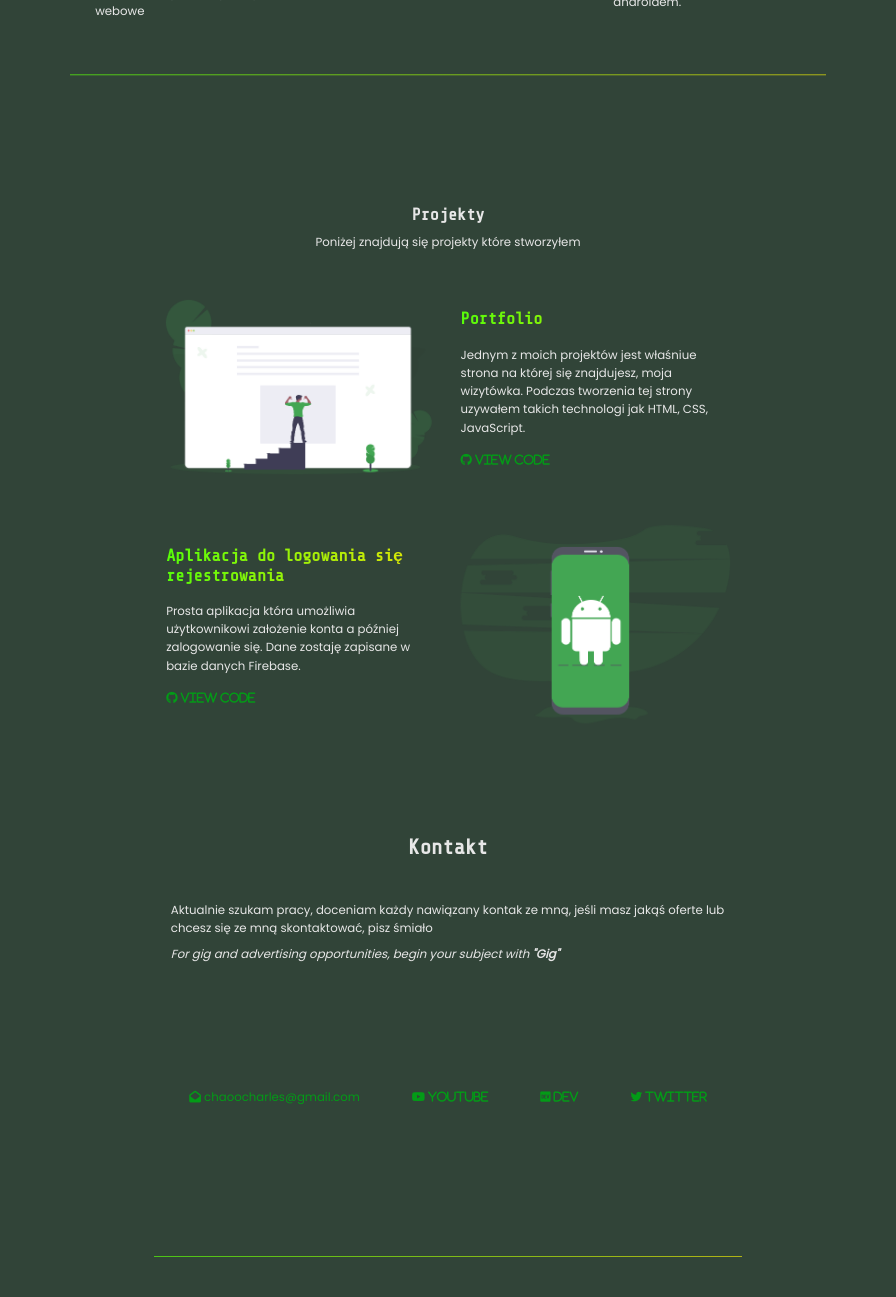
Repository: BartekUroda/portfolio
Page: index.html
An editor plug-in stored every save of this project. The page is shown before and after the next save, followed by the edit.
The browser window is 1280 px wide. The pictures show the part of the page from y = 1908 to 3828 px (the page is 3761 px tall before and 3828 px after), at 70% of full size.
Some web libraries are served in a nearby version.

Above is the page before, as saved 2020-10-27 22:04:45.

### index.html
<!DOCTYPE html>
<html lang="en">
<head>
    <meta charset="UTF-8">
    <meta name="viewport" content="width=device-width, initial-scale=1.0">
    <title>Portfolio | Bartek Uroda</title>
    <link rel="stylesheet" type="text/css" href="css/style.css">
    <link href="https://fonts.googleapis.com/css2?family=Poppins&sfamily=Share+Tech+Mono&display=swap" rel="stylesheet">
    <script src="https://kit.fontawesome.com/056e5c10dc.js" crossorigin="anonymous"></script>
    <link rel="shortcut icon" type="image/x-icon" href="images/favicon.ico" />
</head>
<body>
    <header>
        <div class="container">
            <nav>
                <div class="nav-brand">
                    <a href="index.html">
                        <img src="images/logo.png" alt="Uroda">
                    </a>
                </div>
                <div class="burger-menu-icon">
                    <div class="line1"></div>
                    <div class="line2"></div>
                    <div class="line3"></div>
                </div>
                <ul class="nav-list">
                    <li class="nav-item">
                      <a href="#landing-page">
                        <img
                          src="images/profile.jpeg"
                          alt="Bartek Uroda"
                          class="profile-pic nav-link"
                        >
                        <span class="caption nav-link">Bartek Uroda</span>
                      </a>
                    </li>
                    <li class="nav-item">
                      <a href="#about" class="nav-link">O mnie</a>
                    </li>
                    <li class="nav-item">
                      <a href="#services" class="nav-link">Usługi</a>
                    </li>
                    <li class="nav-item">
                      <a href="#projects" class="nav-link">Projekty</a>
                    </li>
                    <li class="nav-item">
                      <a href="#contact" class="nav-link">Kontakt</a>
                    </li>
                    <li class="nav-item">
                      <a href="https://www.facebook.com/bartlomiej.uroda.3" target="_blank" class="nav-link">
                        <i class="fab fa-facebook"></i>
                      </a>
                      <a href="https://github.com/Urodii" target="_blank" class="nav-link">
                        <i class="fab fa-github"></i>
                      </a>
                      <a href="https://www.youtube.com/channel/UCzT1h5RNvmbtrmKT5hPjyAg?view_as=subscriber" target="_blank" class="nav-link">
                        <i class="fab fa-youtube"></i>
                      </a>
                    </li>
                  </ul>
            </nav>
        </div>
    </header>
    <main>
      <section id="landing-page" class="landing-page">
        <div class="container">
          <div class="main-message">
            <h2>Barłomiej Uroda</h2>
            <h3>Junior Front-End Web Developer</h3>
            <p>Html - CSS - JavaScript - Java</p>
            <div class="intro-btn">
              <div class="cta">
                <a href="#contact" class="btn">Skontaktuj się ze mną!</a>
              </div>
              <div class="cta">
                <a href="#projects" class="btn">Moje Projekty</a>
              </div>
            </div>
            <div>
              <a href="#about" class="scroll-down">
                <i class="fa fa-chevron-down" aria-hidden="true"></i>
              </a>
            </div>
          </div>
        </div>
      </section>
      <section id="about" class="about">
        <div class="container">
          <div class="about-img">
            <img
              src="images/profile.jpeg"
              alt="Bartek Uroda"
              class="about-pic"
            />
          </div>
          <div class="about-text-box">
            <h2>Cześć,</h2>
            <h3>O mnie</h3>
            <p>
              Nazywam się Bartek mam 21 lat, aktulanie studiuje zaocznie informatykę
              na Wyższej Szkole Biznesu w Nowym Sączu, studia te rozpoczołem po roku studiowania
              na Politechnce Krakowskiej na kierunku Fizyki Technicznej, zaliczyłem pierwszy rok na PK
              i wziołem sobie tak zwany Gap Year, studia na Politechnice nie satysfakcjonowały
              mnie więc postanowiłem rozwijać się w kierunku programistycznym. Szybko się uczę a zdobywanie wiedzy sprawia mi przyjemność.
            </p>
            <h3>Umiejętności</h3>
            <p>
              Rozwijam się w takich technologiach jak: HTML, CSS, JavaScript, Java oraz C++,
              tworze reponsywne strony. Znam angielski na
              poziomie C1, uczę się również bezpieczeństwa aplikacji webowych.
              Programowanie to coś z czym chciałbym żeby wiązała się moja przyszłość.
            </p>
            <h3>Zainteresowania</h3>
            <p>
              Sporą część mojego wolnego czasy pochłania sport, lubie jazde na rowerze siłownie oraz klistenike.
              Często spędzam również czas na graniu w gry, głownie jest to Counter-Strike, interesuję się też ITSecurity
              i w wolnym czasie staram się rozwijać w tym kierunku. Lubie podróże a poznawanie nowych
              wartościowych ludzi daje mi sporą motywacje w życiu.
            </p>
          </div>
        </div>
        <hr/>
      </section>
      <section id="services" class="services">
        <div class="container">
          <div class="title-heading">
            <h2>Oferta</h2>
            <p>
              Stworzę dokładnie taką stronę lub aplikacje mobilną jak klient sobie zażyczy.
            </p>
          </div>
          <div class="service-tiers">
            <div class="tier-item">
              <i class="fa fa-code" aria-hidden="true"></i>
              <h2>Web Development</h2>
              <p>
                Modyfikacja istniejących stron internetowych,
                wizytówki internetowe,
                responsywne strony internetowe typu "One Page" oraz "Multi Page",
                blogi internetowe, proste aplikacje webowe
              </p>
            </div>
            <div class="tier-item">
              <i class="fa fa-file-code-o" aria-hidden="true"></i>
              <h2>Responsywne strony</h2>
              <p>
                Strony które tworze są rezponsywne i wyglądają dobrze na każdym urządzeniu,
                niezależlnie jest to komputer, tablet lub telefon.
              </p>
            </div>
            <div class="tier-item">
              <i class="fa fa-mobile" aria-hidden="true"></i>
              <h2>Tworzenie aplikacji na androida</h2>
              <p>
                Potrafię również tworzyć proste aplikacje za pomoca języka Java,
                aplikajce te działają na urządzeniach mobilnych z androidem.
              </p>
            </div>
          </div>
        </div>
        <hr />
      </section>
      <section id="projects" class="projects">
        <div class="title-heading">
          <h2>Projekty</h2>
          <p>Poniżej znajdują się projekty które stworzyłem</p>
        </div>
        <div class="project-item">
          <div class="project-img has-margin-right">
            <img src="images/portfolio.png" />
          </div>
          <div class="project-description">
            <h2>Portfolio</h2>
            <p>
              Jednym z moich projektów jest właśniue strona na której się znajdujesz, moja wizytówka.
              Podczas tworzenia tej strony uzywałem takich technologi jak HTML, CSS, JavaScript.
            </p>
            <a href="https://github.com/Urodii/portfolio" class="project-link" target="_blank"
              ><i class="fa fa-github" aria-hidden="true"> View Code</i></a
            >
          </div>
        </div>
        <div class="project-item">
          <div class="project-description has-margin-right">
            <h2>Aplikacja do logowania się rejestrowania</h2>
            <p>
              Prosta aplikacja która umożliwia użytkownikowi założenie konta a później
              zalogowanie się. Dane zostaję zapisane w bazie danych Firebase.
            </p>
            <a href="https://github.com/Urodii/Login_Register_apk" class="project-link" target="_blank"
              ><i class="fa fa-github" aria-hidden="true"> View Code</i></a
            >
          </div>
          <div class="project-img">
            <img src="images/android.png" />
          </div>
        <!-- </div>
        <div class="project-item">
          <div class="project-img has-margin-right">
            <img src="" />
          </div>
          <div class="project-description">
            <h2>kalkulator</h2>
            <p>
              Prosty kalkulator
            </p>
            <a href="#" class="project-link" target="_blank"
              ><i class="fa fa-github" aria-hidden="true"> View Code</i></a
            >
          </div>
        </div> -->
        <hr />
      </section>
      <section id="contact" class="contact">
        <h2>Kontakt</h2>
        <p>
          Aktualnie szukam pracy, doceniam każdy nawiązany kontak ze mną, jeśli masz
          jakąś oferte lub chcesz się ze mną skontaktować, pisz śmiało
        </p>
        <p>
          <i
            >For gig and advertising opportunities, begin your subject with
            <strong>"Gig"</strong></i
          >
        </p>
        <div class="container">
          <p>
            <a href="mailto:chaoocharles@gmail.com"
              ><i class="fas fa-envelope-open"></i> chaoocharles@gmail.com</a
            >
          </p>
          <p>
            <a href="#" target="_blank"
              ><i class="fab fa-youtube"> YouTube</i></a
            >
          </p>
          <p>
            <a href="#" target="_blank"><i class="fab fa-dev"> Dev</i></a>
          </p>
          <p>
            <a href="#" target="_blank"
              ><i class="fab fa-twitter"> Twitter</i></a
            >
          </p>
        </div>
        <hr />
      </section>
    </main>
 <script type="text/javascript" src="js/main.js"></script>
</body>
</html>

### css/style.css
/* ----------GLOBAL STYLES---------- */
*,
*::before,
*::after {
  margin: 0;
  padding: 0;
  box-sizing: inherit;
}
html {
    font-family: "Share Tech Mono", monospace;
    font-size: 12px;
    box-sizing: border-box;
    scroll-behavior: smooth;
    color: #e7e7e7;
    background: rgb(49, 68, 56);
}

a {
    text-decoration: none;
    color: rgb(3, 155, 23);
}

a:hover {
    color: rgba(249, 105, 14, 1);
}

ul {
    list-style: none;
}

p {
    font-size: 1.4rem;
}

img {
    width: 100%;
    max-width: 100%;
    height: auto;
}
/* ----------HEADER---------- */
header {
    width: 100%;
    height: 5rem;
    position: absolute;
    top: 0;
    left: 0;
    z-index: 1;
}
.contenier {
    width: 100%;
    max-width: 90rem;
    margin: 0 auto;
    padding: 0 1.5rem;
}
.nav-brand {
    width: 8rem;
}
nav {
    width: 100%;
    display: flex;
    align-items: center;
    justify-content: space-between;
    padding: 1rem 0;
    border-bottom: 2px solid rgba(255, 255, 255, .2);
}
.line1 {
    width: 20px;
    height: 3px;
    margin: 5px 0;
    background: linear-gradient(
      135deg,
      rgb(27, 218, 10) 0%,
      rgb(255, 255, 255) 100%
    );
}
.line2 {
    width: 25px;
    height: 3px;
    background: linear-gradient(
      135deg,
      rgb(27, 218, 10) 0%,
      rgb(255, 255, 255) 100%
    );
}
.line3 {
    width: 30px;
    height: 3px;
    margin: 5px 0;
    background: linear-gradient(
      135deg,
      rgb(27, 218, 10) 0%,
      rgb(255, 255, 255) 100%
    );
}
.burger-menu-icon {
    cursor: pointer;
    z-index: 999;
    position: fixed;
    right: 0;
    top: 0;
    background-color: rgba(67, 145, 47, 0.815);
    padding: 1.2rem;
    border-radius: 0% 0% 0% 40%;
}
.profile-pic {
    height: 9rem;
    width: auto;
    border-radius: 50%;
    display: block;
    margin: 1.5rem 0;
}
.caption {
    display: block;
}
.nav-list {
    width: 24rem;
    height: 100vh;
    background-color:  rgb(69, 85, 75);
    position: fixed;
    top: 0;
    right: -26rem;
    display: flex;
    flex-direction: column;
    align-items: center;
    justify-self: start;
    z-index: 998;
    transition: all 650ms ease-in-out;
}
.nav-list.active {
    right: 0;
}
.nav-item {
    margin: 1.2rem 0;
}
.nav-link {
    opacity: 0;
    font-size: 1.3rem;
    text-transform: uppercase;
    color: #cecece;
    letter-spacing: 1.5px;
}
.nav-link:hover {
    color: rgb(62, 248, 15);
}
.toggle {
    background: none;
}
.toggle .line1 {
    transform: rotate(-45deg) translate(-5px, 6px) scalex(2);
}
.toggle .line2 {
    opacity: 0;
}
.toggle .line3 {
    width: 20px;
    transform: rotate(45deg) translate(-5px, -6px) scalex(2);
    margin-left: 0px;
}
@keyframes navLinkAnimate {
    from{
        opacity: 0;
        transform: translate(50px);
    }
    to{
        opacity: 1;
        transform: translate(0px);
    }
}
/* ----------MAIN---------- */
.landing-page{
    width: 100%;
    height: 100vh;
    background: linear-gradient(
        135deg,
        rgba(50, 58, 52, 0.9) 0%,
        rgba(44, 100, 65, 0.8) 100%
    ),
    url('../images/mainpage.png') center no-repeat;
    background-size: contain;
    position: relative;
}
.main-message {
    width: 100%;
    max-width: 58rem;
    text-transform: uppercase;
    position: absolute;
    left: 50%;
    top: 50%;
    transform: translate(-50%, -50%);
    text-align: center;
}
.main-message h2 {
    letter-spacing: 1.2rem;
    font-size: 2rem;
    font-weight: 400;
    overflow: hidden;
    white-space: nowrap;
    animation: typing 5s steps(33), blink 1s ease-in-out 7s infinite;
    width: 33ch;
    margin: auto;
    border-right: 4px solid rgba(255, 255, 255, 1);
}
@keyframes typing {
    75% {
      width: 0ch;
      color: rgb(178, 249, 14);
    }
    100% {
      width: 33ch;
    }
}
@keyframes blink {
    0% {
      border-right: 4px solid rgba(255, 255, 255, 0);
    }
    100% {
      border-right: 4px solid rgb(194, 194, 194);
    }
}
.main-message h3 {
    font-size: 4rem;
    margin: 1rem 0;
    color: rgba(249, 105, 14, 1);
    background: linear-gradient(
      to right,
      rgb(87, 253, 9) 0%,
      rgb(217, 240, 17) 100%
    );
    -webkit-background-clip: text;
    -webkit-text-fill-color: transparent;
}
.main-message p {
    text-transform: none;
    font-size: 1.7rem;
    font-weight: 400;
}
.intro-btn {
    display: flex;
    justify-content: center;
}
.btn {
    margin: 0 9px;
    background: rgba(3, 155, 155);
    border-radius: 2rem;
    color: #fafafa;
    padding: 1rem 2.5rem;
    display: inline-block;
    margin-top: 2rem;
    transition: background-color 650ms;
    font-weight: 500;
    letter-spacing: 2px;
}
.btn:hover {
    color: #fafafa;
    background-color: rgb(176, 189, 0);
}
.scroll-down i {
    color: #fafafa;
    transition: color 650ms;
    margin-top: 2rem;
    font-size: 3.5rem;
}
.scroll-down i:hover {
    color: rgb(176, 189, 0);
}
/* ----------ABOUT--------- */
.about {
    width: 100%;
    min-height: 100vh;
    max-width: 70rem;
    margin: auto;
}
.about .container {
    display: flex;
    align-items: center;
    min-height: 80vh;
  }
.about-img img {
    height: 12rem;
    width: auto;
    border-radius: 50%;
    margin: 2rem;
    box-shadow: 0 20px 30px 0 rgba(4, 236, 4, 0.397);
  }
.about-text-box {
    flex-grow: 1;
    flex-shrink: 1;
    flex-basis: 0;
}
.about-text-box h2 {
    font-size: 3rem;
    margin-bottom: 15px;
}
.about-text-box h3 {
    font-size: 2rem;
    margin-bottom: 10px;
}
.about-text-box p {
    font-family: "Poppins", sans-serif;
    font-size: 1.4rem;
    padding: 0;
    margin-bottom: 1.45rem;
}
hr {
    margin: 4rem 0;
    background: linear-gradient(
      to right,
      rgb(87, 253, 9) 0%,
      rgb(231, 228, 6) 100%
    );
    border: 0;
    height: 1px;
}
/* ----------SERVICE--------- */
.services {
    padding: 3rem 0;
    min-height: 100vh;
    max-width: 90rem;
    margin: auto;
}
.title-heading {
    text-align: center;
    margin-bottom: 5rem;
}
.title-heading h2 {
    font-size: 2rem;
    margin: 0.5rem 0 1rem 0;
}
.title-heading p {
    font-family: "Poppins", sans-serif;
    margin-bottom: 5rem;
}
.service-tiers {
    display: grid;
    grid-template-columns: repeat(auto-fit, minmax(25rem, 1fr));
    gap: 2.5rem;
}
.tier-item {
    height: 30rem;
    padding: 3rem;
    position: relative;
    display: flex;
    flex-direction: column;
    justify-content: center;
    cursor: default;
}
.tier-item i {
    font-size: 3.5rem;
}
.tier-item h2 {
    font-size: 2rem;
    margin: 2rem 0;
    background: linear-gradient(
      to right,
      rgb(87, 253, 9) 0%,
      rgb(231, 228, 6) 100%
    );
    -webkit-background-clip: text;
    -webkit-text-fill-color: transparent;
}
.tier-item p {
    font-family: "Poppins", sans-serif;
    font-size: 1.4rem;
}
/* ----------PROJECTS--------- */
.projects {
    padding: 3rem 0;
    min-height: 100vh;
    max-width: 70rem;
    margin: auto;
}
.has-margin-right {
    margin: 0 3rem 0 0;
}
.project-item {
    display: flex;
    align-items: center;
    justify-content: center;
    margin: 0 1.45rem 5rem 1.45rem;
}
.project-img {
    flex: 1;
}
.project-description {
    flex: 1;
}
.project-description h2 {
    font-size: 2rem;
    margin: 2rem 0;
    background: linear-gradient(
      to right,
      rgb(87, 253, 9) 0%,
      rgb(231, 228, 6) 100%
    );
    -webkit-background-clip: text;
    -webkit-text-fill-color: transparent;
}
.project-description p {
    font-family: "Poppins", sans-serif;
    font-size: 1.4rem;
}
.project-link:hover {
    color: rgb(231, 228, 6);
}
.project-link {
    display: inline-block;
    margin: 2rem 0;
    font-size: 1.4rem;
}
/* ----------CONTACT--------- */
.contact {
    width: 100%;
    min-height: 100vh;
    max-width: 70rem;
    margin: auto;
    padding-top: 5rem;
}
.contact h2 {
    text-align: center;
    font-size: 2.5rem;
    margin-bottom: 5rem;
}
.contact p {
    font-family: "Poppins", sans-serif;
    font-size: 1.4rem;
    padding: 0;
    margin: 0.9rem 2rem;
}
.contact .container {
    min-height: 50vh;
    display: flex;
    justify-content: space-evenly;
    align-items: center;
}

### js/main.js
//navbar animation etc
const selectElement = (s) => document.querySelector(s);
const navLinks = document.querySelectorAll(".nav-link");

selectElement(".burger-menu-icon").addEventListener("click", () => {
    selectElement(".nav-list").classList.toggle("active");
    selectElement(".burger-menu-icon").classList.toggle("toggle")

    navLinks.forEach((link, index) => {
        if (link.style.animation){
            link.style.animation = ""
        }else{
            link.style.animation = `navLinkAnimate 0.5s ease forwards ${ index/7 + 0.5}s`
            console.log(index/7 + 0.5)
        }
    })
});
//navbar hiding after choose section
navLinks.forEach(link => {
    link.addEventListener("click", () => {
        selectElement(".nav-list").classList.toggle("active");
        selectElement(".burger-menu-icon").classList.toggle("toggle");

        navLinks.forEach((link, index) => {
            if (link.style.animation){
                link.style.animation = ""
            }else{
                link.style.animation = `navLinkAnimate 0.5s ease forwards ${ index/7 + 0.5}s`
                console.log(index/7 + 0.5)
            }
        })
    })
})

After the next save:
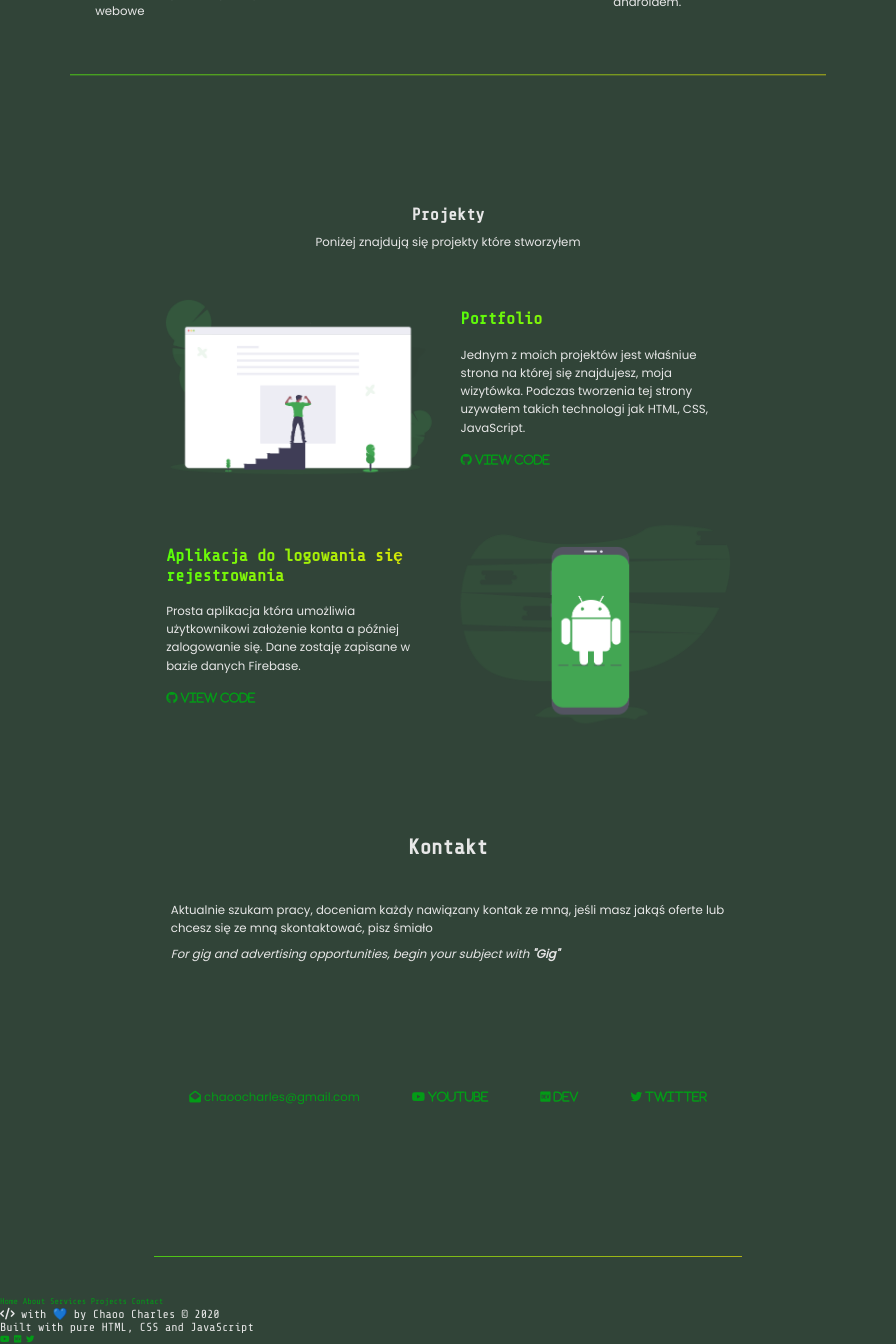
Saved 3 min 44 s later.
--- a/index.html
+++ b/index.html
@@ -245,6 +245,26 @@
         </div>
         <hr />
       </section>
+      <footer>
+        <div class="footer-nav">
+          <a href="#landing-page" class="footer-nav-link">Home</a>
+          <a href="#about" class="footer-nav-link">About</a>
+          <a href="#services" class="footer-nav-link">Services</a>
+          <a href="projects" class="footer-nav-link">Projects</a>
+          <a href="#contact" class="footer-nav-link">Contact</a>
+        </div>
+        <div class="footer-coded-by">
+          <p>
+            <i class="fas fa-code"></i> with 💙 by Chaoo Charles &copy; 2020
+          </p>
+          <p>Built with pure HTML, CSS and JavaScript</p>
+        </div>
+        <div class="footer-social">
+          <a href="#" target="_blank"><i class="fab fa-youtube"></i></a>
+          <a href="#" target="_blank"><i class="fab fa-dev"></i></a>
+          <a href="#" target="_blank"><i class="fab fa-twitter"></i></a>
+        </div>
+      </footer>
     </main>
  <script type="text/javascript" src="js/main.js"></script>
 </body>
